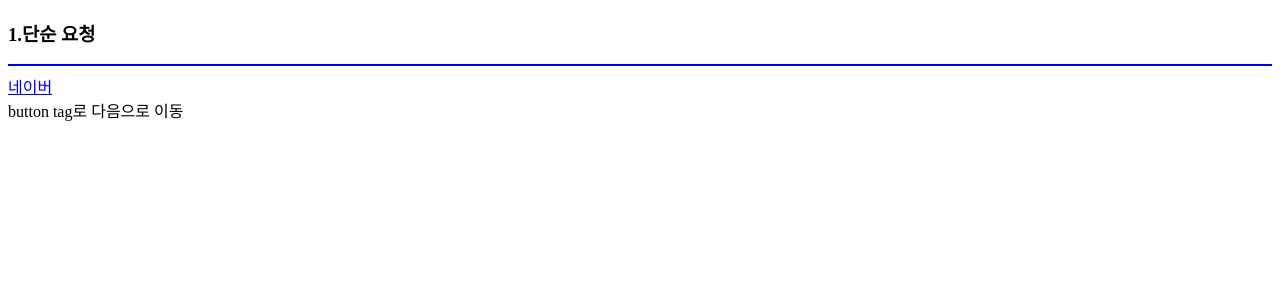
Repository: hwanginbeom/WEB
Page: step01_basic/WebContent/step01/step01_form.html
The author's editor kept a copy of each file at every save. The page is drawn from the files as they stood at one save, then again after a run of saves.
The browser window is 1280 px wide. The pictures show the whole page.

Above is the page before, as saved 2018-07-17 07:25:45.

After the next 2 saves:
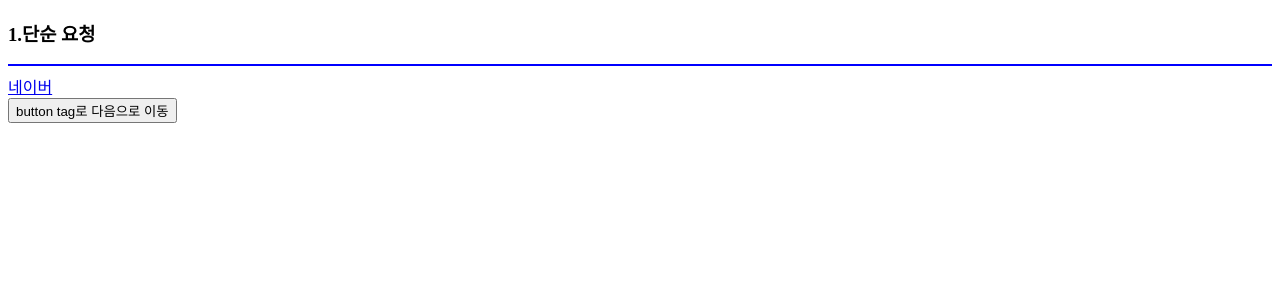
The 2 saves are shown as one change because they came seconds apart.
The last was saved 23 s later.
--- a/step01_basic/WebContent/step01/step01_form.html
+++ b/step01_basic/WebContent/step01/step01_form.html
@@ -10,6 +10,6 @@
 		<!-- 버튼 , 링크 -->
 		<a href="https://www.naver.com/">네이버</a>
 		<br>
-		<buttont>button tag로 다음으로 이동</buttont>
+		<button>button tag로 다음으로 이동</button>
 	</body>
 </html>
